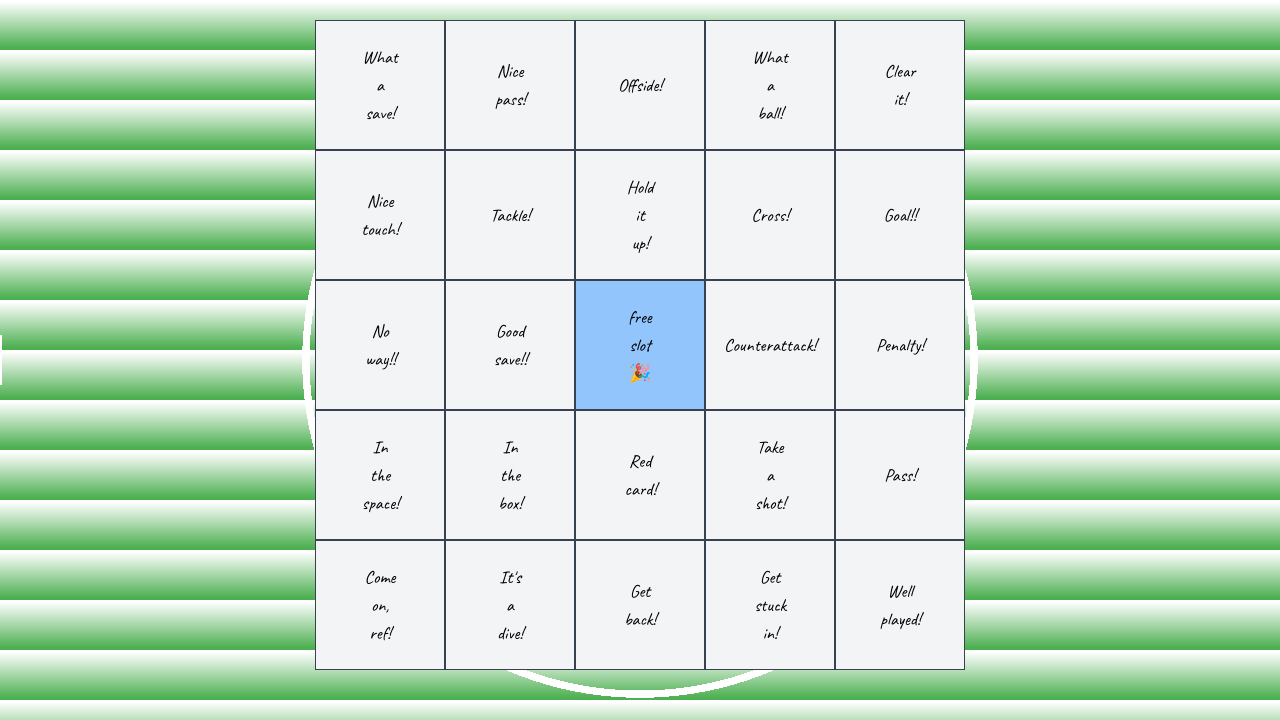
Repository: yassirbn/football-bingo
Page: /
An editor plug-in stored every save of this project. The page is shown before and after the next save, followed by the edit.
The browser window is 1280 px wide. The pictures show the whole page.
The project was rebuilt for these pictures with package versions that can differ from the ones it lists, and the page was loaded fresh each time.

Above is the page before, as saved 2024-11-27 13:40:14.

### src/index.css

@import url('https://fonts.googleapis.com/css2?family=Caveat:wght@400;700&display=swap');

@tailwind base;
@tailwind components;
@tailwind utilities;


body {
  margin: 0;
  padding: 0;
  height: 100vh;
  background: #4CAF50; /* Grass green base */
  background-image:
    /* Center line */
    linear-gradient(90deg, white 2px, transparent 2px),
    /* Horizontal lines */
    linear-gradient(to bottom, white 2px, transparent 48px),

    /* Center circle */
    radial-gradient(circle, transparent 45%, white 45%, white 46%, transparent 46%);
  background-size: 100% 50px, 100% 50px, 100% 100%, 100% 100%;
  background-repeat: no-repeat, repeat-y, no-repeat, no-repeat;
  background-position: center center, 0 0, 0 0, center center;
}

### src/App.js
import React from "react";
import BingoGrid from "./component/BingoGrid/BingoGrid";


const App = () => {
  const words  = [
    "What a save!",
    "Offside!",
    "Penalty!",
    "Pass!",
    "It's a dive!",
    "Red card!",
    "Goal!!",
    "Foul!",
    "Clear it!",
    "Nice touch!",
    "Tackle!",
    "Cross!",
    "Counterattack!",
    "Come on, ref!",
    "In the box!",
    "No way!!",
    "Good save!!",
    "What a ball!",
    "Hold it up!",
    "Get stuck in!",
    "Get back!",
    "Nice pass!",
    "In the space!",
    "Well played!",
    "Take a shot!",
  ];


  return (
    <div className="min-h-screen flex items-center justify-center">
      <BingoGrid words={words} />
    </div>
  );
};

export default App;

### src/component/BingoGrid/BingoGrid.js
import React, { useState } from "react";

const BingoGrid = ({ words }) => {
  const gridSize = 5; // 5x5 grid
  const totalCells = gridSize * gridSize;

  // Shuffle words only once and store in state
  const initializeGrid = () => {
    const shuffledWords = [...words].sort(() => 0.5 - Math.random()).slice(0, totalCells);

    // Fill with placeholders if not enough words
    while (shuffledWords.length < totalCells) {
      shuffledWords.push("placeholder");
    }

    // Replace the center cell with "FREE SPACE"
    const centerIndex = Math.floor(totalCells / 2);
    shuffledWords[centerIndex] = "free slot 🎉";

    return shuffledWords;
  };

  const [gridWords] = useState(initializeGrid);
  const [selectedCells, setSelectedCells] = useState(
    Array(totalCells).fill(false).map((_, i) => i === Math.floor(totalCells / 2)) // Center (FREE SPACE) is pre-selected
  );
  const [bingo, setBingo] = useState(false);

  // Handle cell click
  const handleCellClick = (index) => {
    if (gridWords[index] === "free slot 🎉" || selectedCells[index]) return; // Ignore clicks on FREE SPACE or already selected cells

    const updatedSelection = [...selectedCells];
    updatedSelection[index] = true;
    setSelectedCells(updatedSelection);

    // Check for Bingo
    checkForBingo(updatedSelection);
  };

  // Check for Bingo
  const checkForBingo = (selected) => {
    const checkLine = (line) => line.every((index) => selected[index]);

    // Generate all rows, columns, and diagonals
    const rows = Array.from({ length: gridSize }, (_, i) =>
      Array.from({ length: gridSize }, (_, j) => i * gridSize + j)
    );
    const cols = Array.from({ length: gridSize }, (_, i) =>
      Array.from({ length: gridSize }, (_, j) => j * gridSize + i)
    );
    const diagonal1 = Array.from({ length: gridSize }, (_, i) => i * gridSize + i);
    const diagonal2 = Array.from({ length: gridSize }, (_, i) => (i + 1) * gridSize - (i + 1));

    const lines = [...rows, ...cols, diagonal1, diagonal2];

    if (lines.some(checkLine)) {
      setBingo(true); // Set Bingo to true to trigger animations
    }
  };

  return (
    <div className="relative h-screen overflow-hidden">
      {/* Fireworks Animation */}
      {bingo && (
        <div className="absolute inset-0 z-20 flex justify-center items-center pointer-events-none">
          {/* Firework Particles */}
          {Array.from({ length: 300 }).map((_, idx) => (
            <div
              key={idx}
              className="fireworks-particle w-4 h-4 rounded-full absolute animate-fireworks"
              style={{
                "--x": `${Math.random() * 120 - 60}vw`, // Expanded X direction
                "--y": `${Math.random() * 120 - 60}vh`, // Expanded Y direction
                "--size": `${Math.random() * 10 + 5}px`, // Random size (larger particles)
                "--duration": `${Math.random() * 2 + 1.5}s`, // Increased duration for longer explosion
                "--delay": `${Math.random() * 0.5}s`, // Random delay
                backgroundColor: `hsl(${Math.random() * 360}, 100%, 50%)`, // Random color (HSL)
                transform: `rotate(${Math.random() * 360}deg)` // Random rotation for more chaos
              }}
            ></div>
          ))}
        </div>
      )}

      {/* Bingo Text Animation */}
      {bingo && (
        <div className="absolute inset-0 flex items-center justify-center z-10 animate-bingo-fade">
          <h2 className="text-7xl sm:text-8xl md:text-9xl lg:text-10xl font-extrabold text-red-600 animate-bingo-shake">
            BINGO!
          </h2>
        </div>
      )}

      {/* Bingo Grid */}
      <div
        className="grid pt-5"
        style={{
          gridTemplateColumns: `repeat(${gridSize}, 1fr)`,
        }}
      >
        {gridWords.map((word, index) => (
          <div
            key={index}
            className={`flex items-center justify-center border-b border-l border-t border-r border-gray-700 text-center font-medium aspect-square
              ${selectedCells[index] ? "bg-blue-300 text-white" : "bg-gray-100 hover:bg-blue-200 cursor-pointer"}
              ${word === "FREE SPACE" ? "cursor-default" : ""}`}
            onClick={() => handleCellClick(index)}
          >
            <div
              className={`${
                selectedCells[index] ? "bg-blue-300 text-white" : "bg-transparent"
              } flex items-center justify-center py-3 md:px-6 sm:py-4 sm:px-8 md:py-6 md:px-12 lg:py-8 lg:px-16 break-all md:break-normal`}
              style={{
                width: "50px", // Adjusted for mobile/tablet responsiveness
                height: "50px", // Adjusted for mobile/tablet responsiveness
                minWidth: "50px", // Ensures the circle doesn't shrink smaller than this
              }}
            >
              <span
                className="text-xs sm:text-sm md:text-base lg:text-lg font-medium text-black font-handwritten"
              >
                {word}
              </span>
            </div>
          </div>
        ))}
      </div>
    </div>
  );
};

export default BingoGrid;

### tailwind.config.js
/** @type {import('tailwindcss').Config} */
module.exports = {
  content: ['./src/**/*.{js,jsx,ts,tsx}'],
  theme: {
    extend: {
      fontFamily: {
        handwritten: ["'Caveat'", "cursive"],
      },
      animation: {
        fireworks: "fireworks 1.5s ease-out forwards",
        "bingo-fade": "bingo-fade 2s ease-out forwards",
        "bingo-shake": "bingo-shake 0.5s ease-in-out infinite",
      },
      keyframes: {
        fireworks: {
          "0%": {
            transform: "scale(0) translate(0, 0)",
            opacity: 1,
          },
          "50%": {
            transform: "scale(1) translate(var(--x), var(--y))",
            opacity: 1,
          },
          "100%": {
            transform: "scale(2) translate(var(--x), var(--y))",
            opacity: 0,
          },
        },
        "bingo-fade": {
          "0%": { opacity: 0 },
          "100%": { opacity: 1 },
        },
        "bingo-shake": {
          "0%": { transform: "rotate(0)" },
          "25%": { transform: "rotate(5deg)" },
          "50%": { transform: "rotate(0)" },
          "75%": { transform: "rotate(-5deg)" },
          "100%": { transform: "rotate(0)" },
        },
      },
    },
  },
  plugins: [],
}

Loaded but not shown: public/index.html (common file); src/index.js (common file); src/reportWebVitals.js (common file)

After the next save:
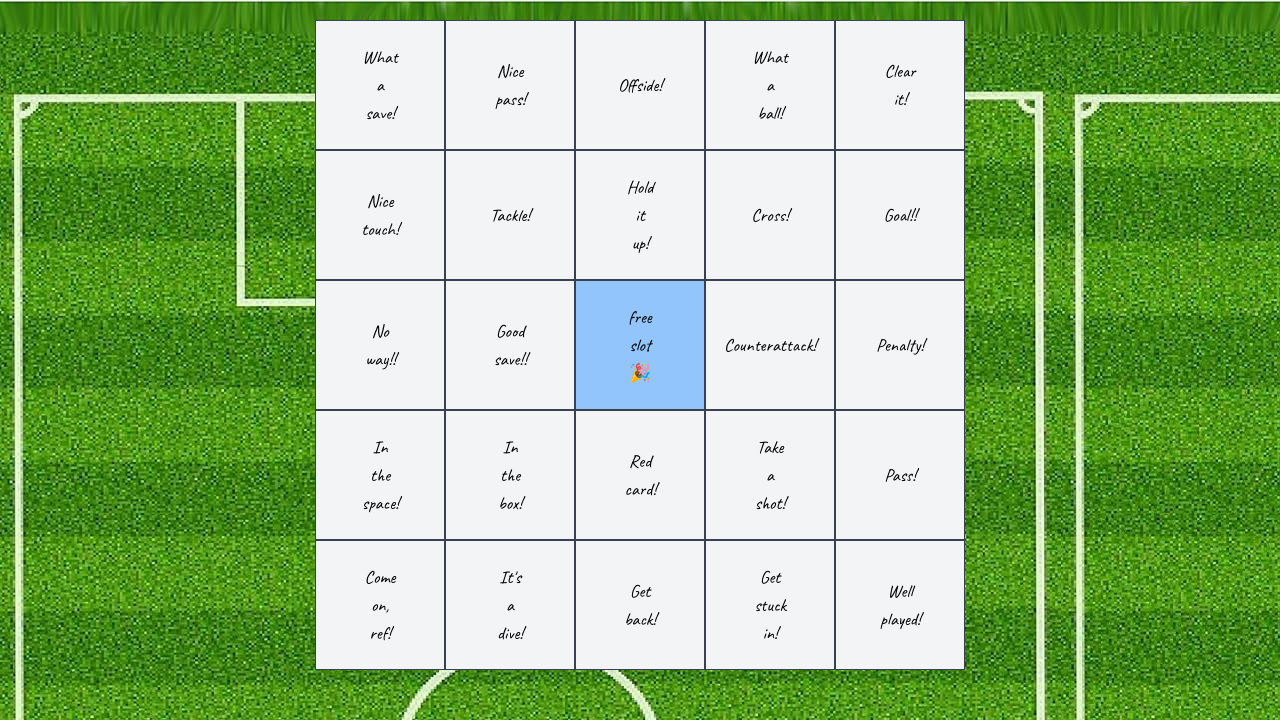
Saved 7 min 47 s later.
--- a/src/index.css
+++ b/src/index.css
@@ -7,19 +7,5 @@
 
 
 body {
-  margin: 0;
-  padding: 0;
-  height: 100vh;
-  background: #4CAF50; /* Grass green base */
-  background-image:
-    /* Center line */
-    linear-gradient(90deg, white 2px, transparent 2px),
-    /* Horizontal lines */
-    linear-gradient(to bottom, white 2px, transparent 48px),
-
-    /* Center circle */
-    radial-gradient(circle, transparent 45%, white 45%, white 46%, transparent 46%);
-  background-size: 100% 50px, 100% 50px, 100% 100%, 100% 100%;
-  background-repeat: no-repeat, repeat-y, no-repeat, no-repeat;
-  background-position: center center, 0 0, 0 0, center center;
+background-image: url('./assets/images/background.jpg');
 }
